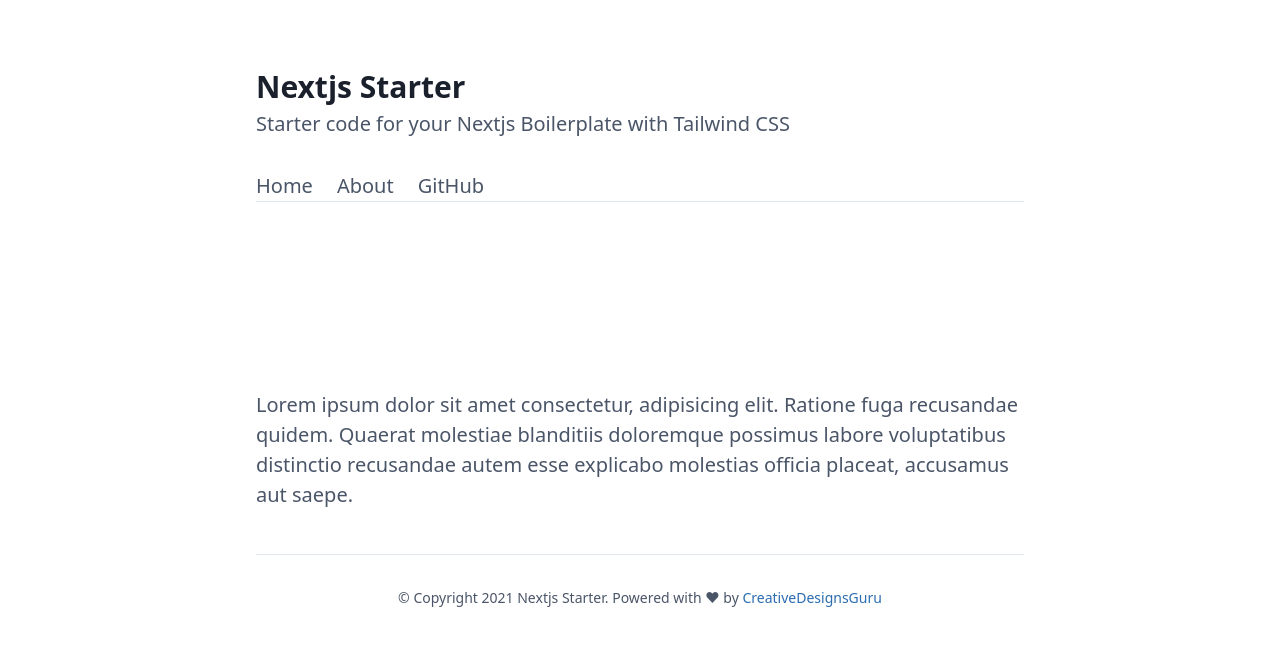
Repository: robindhimanspineor/TAPS-Next
Page: /about
An editor plug-in stored every save of this project. The page is shown before and after the next save, followed by the edit.
The browser window is 1280 px wide. The pictures show the whole page.
The project was rebuilt for these pictures with package versions that can differ from the ones it lists, and the page was loaded fresh each time. The framework's server and built-in components were replaced by stand-ins that run in the browser. Also part of the build but not shown: next.config.js.

Above is the page before, as saved 2021-09-16 11:36:34.

After the next save:
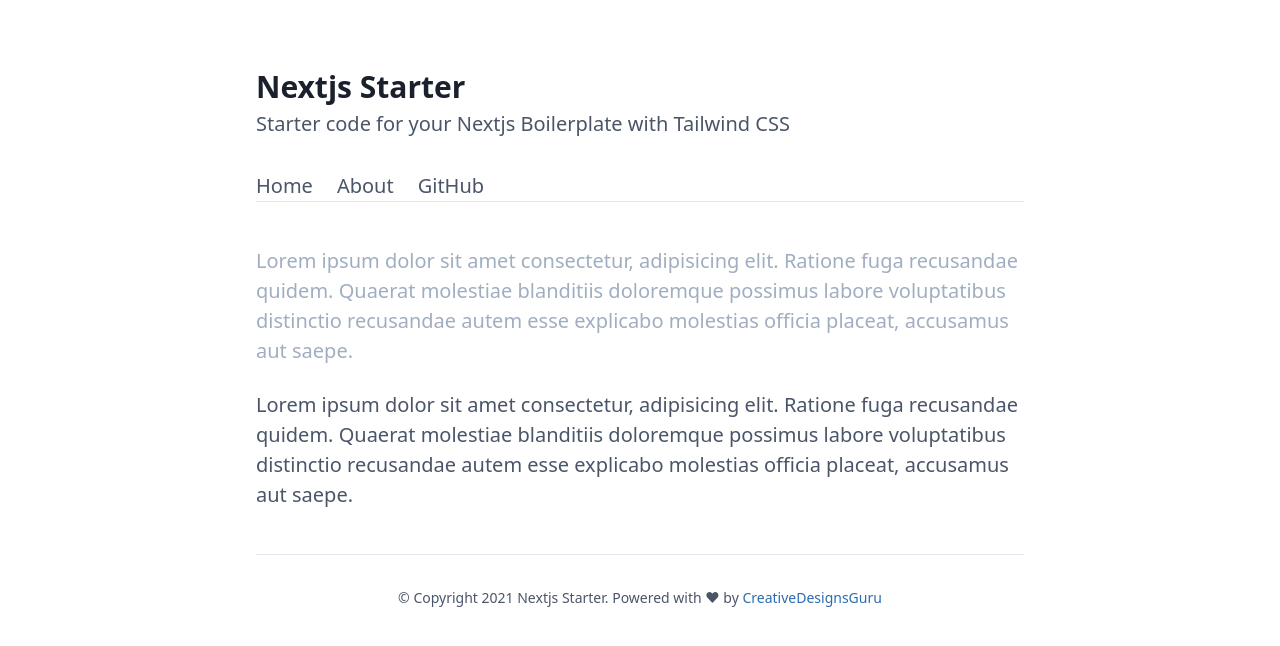
Saved 11 s later.
--- a/src/pages/about.tsx
+++ b/src/pages/about.tsx
@@ -4,7 +4,7 @@ import { Main } from '../templates/Main';
 const About = () => (
   <>
     <Main meta={<Meta title="Lorem ipsum" description="Lorem ipsum" />}>
-      <p className="text-white">
+      <p className="text-gray-500">
         Lorem ipsum dolor sit amet consectetur, adipisicing elit. Ratione fuga
         recusandae quidem. Quaerat molestiae blanditiis doloremque possimus
         labore voluptatibus distinctio recusandae autem esse explicabo molestias
